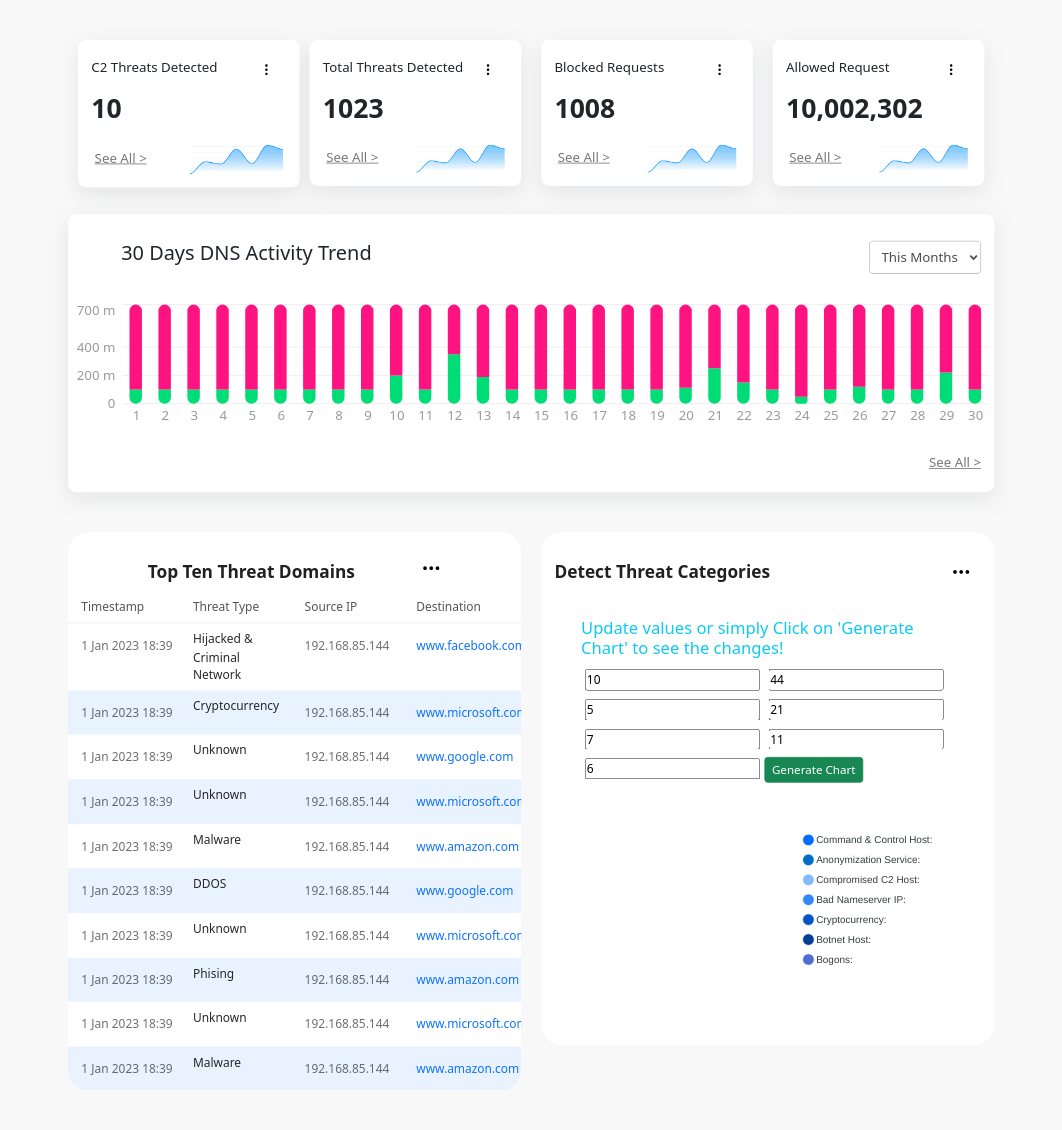
Repository: badhon252/dashboard
Page: /
The author's editor kept a copy of each file at every save. The page is drawn from the files as they stood at one save, then again after the next save.
The browser window is 1280 px wide. The pictures show the whole page, at 83% of full size.
The project was rebuilt for these pictures with package versions that can differ from the ones it lists, and the page was loaded fresh each time. Also part of the build but not shown: vite.config.js.

Above is the page before, as saved 2023-01-30 03:37:41.

After the next save:
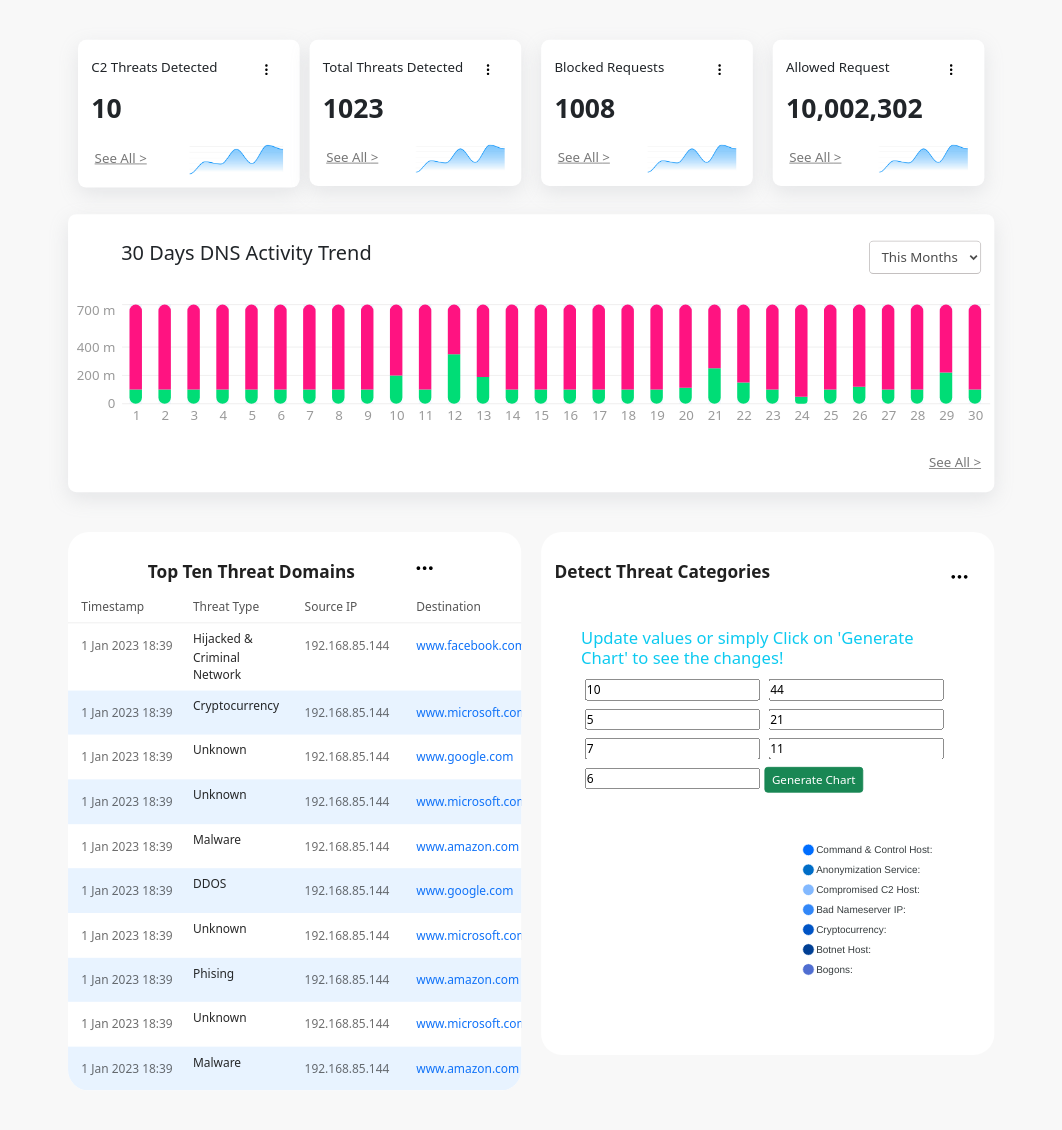
Saved 2 min 43 s later.
--- a/src/Components/Analysis/Analysis.css
+++ b/src/Components/Analysis/Analysis.css
@@ -47,6 +47,13 @@
 
 .destination {
     color: #1072f8;
+}
+
+.analysis-heading {
+    font-size: 1.5rem;
+    font-weight: 600;
+    color: rgba(0, 0, 0, 0.874);
+    padding: 0 1rem;
 }
 
 

After the save that followed:
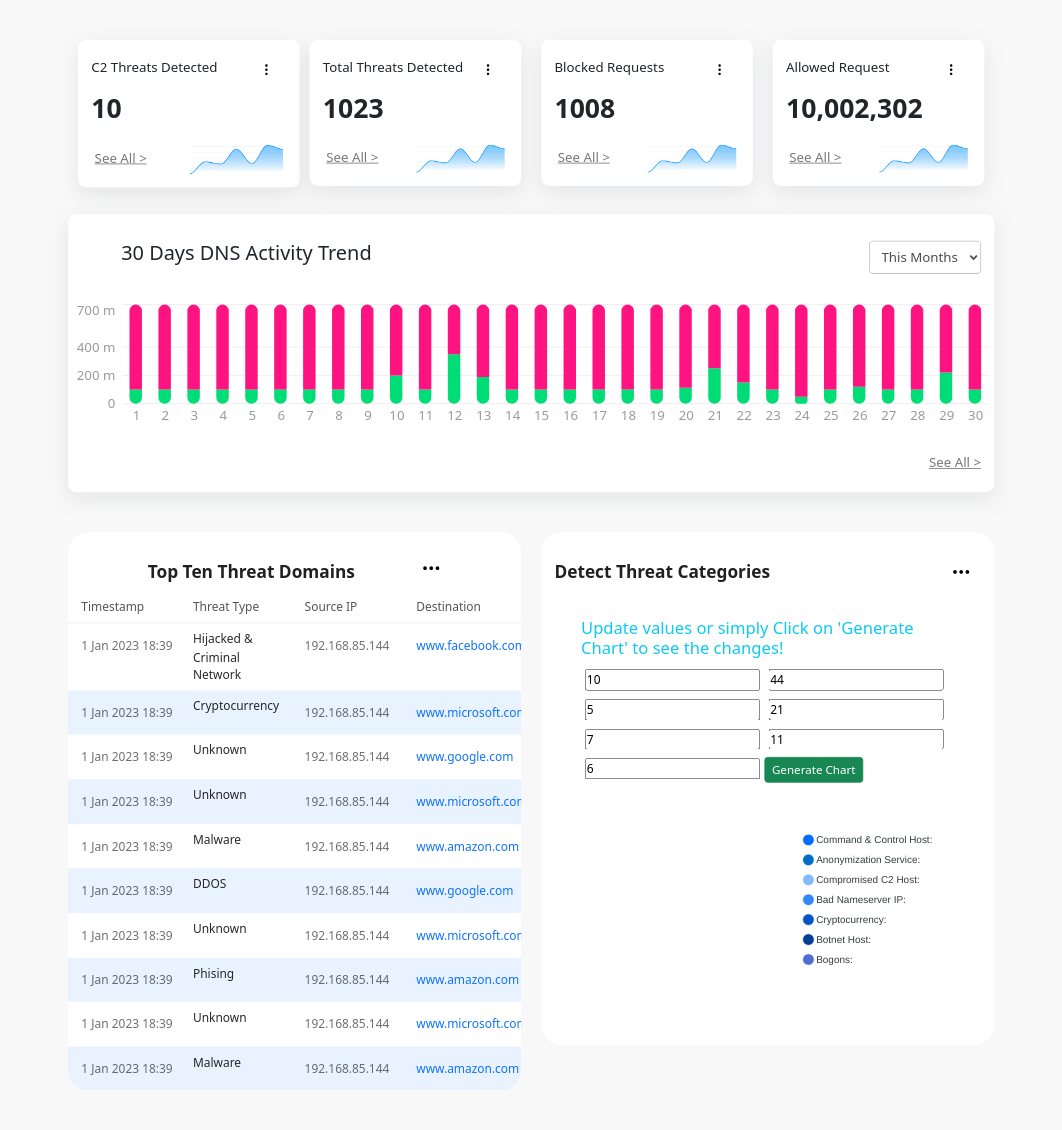
Saved 27 s later.
--- a/src/Components/Analysis/Analysis.css
+++ b/src/Components/Analysis/Analysis.css
@@ -50,8 +50,6 @@
 }
 
 .analysis-heading {
-    font-size: 1.5rem;
-    font-weight: 600;
     color: rgba(0, 0, 0, 0.874);
     padding: 0 1rem;
 }
